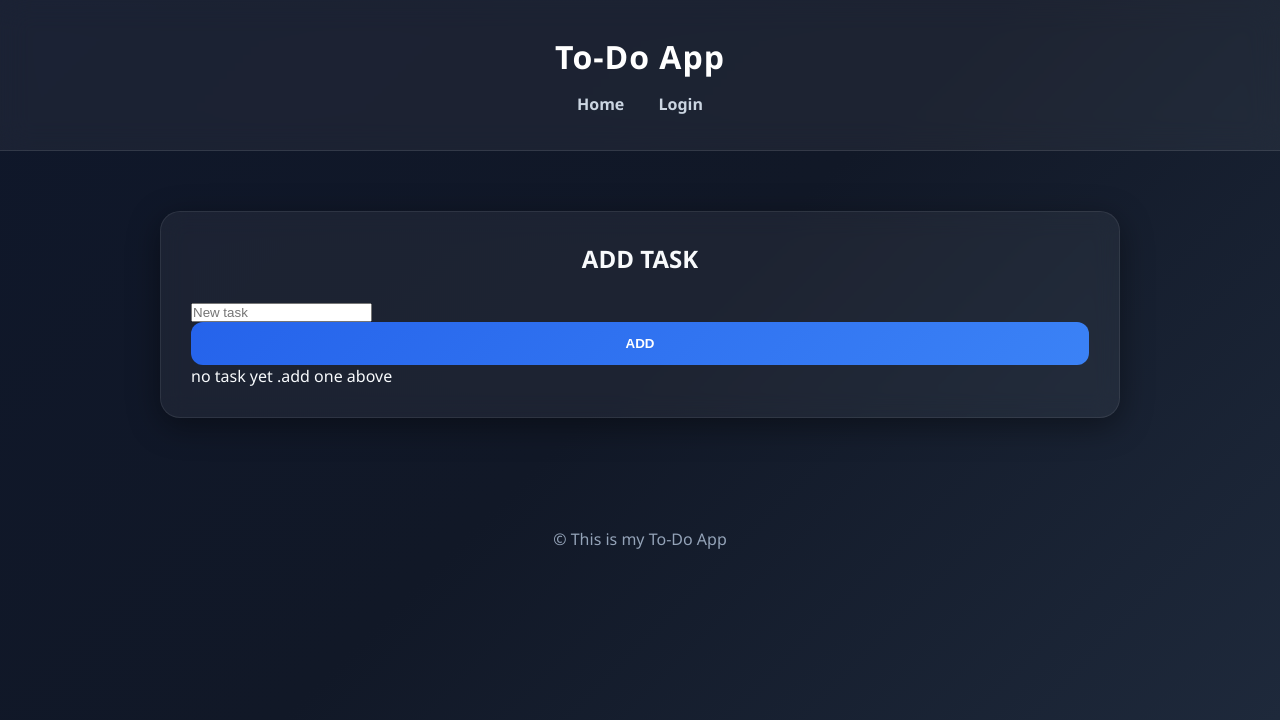
Repository: sristigupta04/todo-app_flask
Page: app/templates/task.html
These files come from the project's save history. The page is drawn as it stood at one moment and after the next save; the edit follows.
The browser window is 1280 px wide. The pictures show the whole page.
The page is served by the project's application, run on Flask 3 (app/__init__.py). Other server files are loaded and not shown. The template is opened directly, without the code that normally fills it, so the values that code supplies are empty.

Above is the page before, as saved 2026-05-31 20:06:04.

### app/templates/task.html
{% extends "base.html" %}

{% block title %}
 Tasks
{% endblock %}




{% block content %}
<div class="task-box">
    <h2> ADD TASK  </h2>
    <form action="{{url_for('tasks.add_task')}}" method="post" class="task_form">


       <input type="text" placeholder="New task"  name="title">
       <button type="submit" class="btn">ADD</button>

    </form>
     {% if tasks %}
     <form method="POST" action="{{url_for('tasks.clear_task')}}">
        <button type="submit" class="btn btn-clear">clear All </button>
      </form>
      <br>


      <table class="task_table">
        <thead>
            <tr>
                <th>TASk</th>
                <th>Status</th>
                <th>change</th>
            </tr>
        </thead>
        <tbody>
            {% for task in tasks %}
            <tr>
                <td>
                    {{loop.index}}
                </td>
                <td>
                    {{task.title}}
                </td>
                <td>
                    <span class="badge {{ task.status | lower }}">
    {{ task.status | lower }}
</span>
                </td>
                <td>
                    <form action="{{url_for('tasks.toggle',task_id= task.id)}}" method="POST">
                        <button class="btn-small" type="submit">next</button>
                    </form>

                </td>
                <td>
                    <form action="{{ url_for('tasks.delete_specific', task_id=task.id) }}" method="POST">
    <button type="submit">Delete</button>
</form>
                </td>
            </tr>
            {% endfor %}
        </tbody>
      </table>
      {% else %}
      <p> no task yet .add one above </p>
      {% endif %}
</div>
{% endblock %}

### app/templates/base.html
<!DOCTYPE html>
<html lang="en">
<head>
    <meta charset="UTF-8">
    <meta name="viewport" content="width=device-width, initial-scale=1.0">
    <title>{% block title %}Todo App{% endblock %}</title>

    <link rel="stylesheet"
          href="{{ url_for('static', filename='css/styles.css') }}">
</head>

<body>

<header>
    <div class="container">
        <h1>To-Do App</h1>

        <nav>
            <a href="{{ url_for('tasks.view_tasks') }}">Home</a>

            {% if 'user' in session %}
                <a href="{{ url_for('auth.logout') }}">Logout</a>
            {% else %}
                <a href="{{ url_for('auth.login') }}">Login</a>
            {% endif %}
        </nav>
    </div>
</header>

<main class="container">

    {% with messages = get_flashed_messages(with_categories=True) %}
        {% for category, message in messages %}
            <div class="flash {{ category }}">
                {{ message }}
            </div>
        {% endfor %}
    {% endwith %}

    {% block content %}
    {% endblock %}

</main>

<footer>
    <div class="container">
        <p>&copy; This is my To-Do App</p>
    </div>
</footer>

</body>
</html>

### app/__init__.py
from flask import Flask
from flask_sqlalchemy import SQLAlchemy
# create database object globally
from flask_login import LoginManager


db = SQLAlchemy()
Login_Manager = LoginManager()



def create_app():
    app = Flask(__name__)

    app.config['SECRET_KEY'] = 'your-secret-key'
    app.config['SQLALCHEMY_DATABASE_URI'] = 'sqlite:///todo.db'
    app.config['SQLALCHEMY_TRACK_MODIFICATIONS'] = False

    db.__init__(app)


    # existing config
    Login_Manager.init_app(app)
    Login_Manager.login_view = "auth.login"




    from app.routes.auth import auth_bp
    from app.routes.task import tasks_bp

    app.register_blueprint(auth_bp)
    app.register_blueprint(tasks_bp)

    return app


@Login_Manager.user_loader
def load_user(user_id):
    from app.models import User
    return User.query.get(int(user_id))

### app/static/css/styles.css
:root{
    --bg:#0f172a;
    --card:#1e293b;
    --card-hover:#334155;
    --primary:#3b82f6;
    --success:#22c55e;
    --danger:#ef4444;
    --warning:#f59e0b;
    --text:#f8fafc;
    --muted:#94a3b8;
}

*{
    margin:0;
    padding:0;
    box-sizing:border-box;
}

body{
    font-family:'Segoe UI',sans-serif;
    background:linear-gradient(
        135deg,
        #0f172a,
        #111827,
        #1e293b
    );
    color:var(--text);
    min-height:100vh;
}

.container{
    max-width:1000px;
    margin:auto;
    padding:20px;
}

/* Header */

header{
    background:rgba(255,255,255,0.05);
    backdrop-filter:blur(15px);
    border-bottom:1px solid rgba(255,255,255,0.1);
    position:sticky;
    top:0;
    z-index:100;
}

header h1{
    text-align:center;
    font-size:2rem;
    padding-top:15px;
    color:white;
    letter-spacing:1px;
}

nav{
    text-align:center;
    padding:15px 0;
}

nav a{
    color:#cbd5e1;
    text-decoration:none;
    margin:0 15px;
    font-weight:600;
    transition:.3s;
}

nav a:hover{
    color:#60a5fa;
}

/* Flash Messages */

.flash{
    padding:12px;
    margin:15px 0;
    border-radius:10px;
    font-weight:bold;
}

.flash.success{
    background:#14532d;
    color:#bbf7d0;
}

.flash.danger{
    background:#7f1d1d;
    color:#fecaca;
}

.flash.info{
    background:#1e3a8a;
    color:#bfdbfe;
}

/* Login & Register Box */

.login-box,
.task-box{
    background:rgba(255,255,255,0.05);
    backdrop-filter:blur(12px);
    border:1px solid rgba(255,255,255,0.08);
    border-radius:20px;
    padding:30px;
    margin-top:40px;
    box-shadow:0 8px 32px rgba(0,0,0,.4);
}

.login-box h2,
.task-box h2{
    text-align:center;
    margin-bottom:25px;
}

/* Forms */

.form-group{
    margin-bottom:20px;
}

.form-group label{
    display:block;
    margin-bottom:8px;
    font-weight:600;
}

.form-group input,
.task-form input{
    width:100%;
    padding:14px;
    background:#0f172a;
    color:white;
    border:1px solid #334155;
    border-radius:12px;
    outline:none;
}

.form-group input:focus,
.task-form input:focus{
    border-color:#3b82f6;
    box-shadow:0 0 10px rgba(59,130,246,.4);
}

/* Buttons */

.btn{
    width:100%;
    padding:14px;
    border:none;
    border-radius:12px;
    font-weight:bold;
    cursor:pointer;
    color:white;
    background:linear-gradient(
        135deg,
        #2563eb,
        #3b82f6
    );
    transition:.3s;
}

.btn:hover{
    transform:translateY(-2px);
    box-shadow:0 10px 20px rgba(59,130,246,.4);
}

.btn-clear{
    background:linear-gradient(
        135deg,
        #dc2626,
        #ef4444
    );
    margin-bottom:20px;
}

.btn-clear:hover{
    box-shadow:0 10px 20px rgba(239,68,68,.4);
}

/* Task Form */

.task-form{
    display:flex;
    gap:10px;
    margin-bottom:25px;
}

.task-form input{
    flex:1;
}

.task-form .btn{
    width:auto;
    padding:14px 25px;
}

/* Task Table */

.task-table{
    width:100%;
    border-collapse:collapse;
    overflow:hidden;
    border-radius:15px;
}

.task-table th{
    background:#1e293b;
    color:white;
}

.task-table td,
.task-table th{
    padding:15px;
    border-bottom:1px solid #334155;
}

.task-table tr:hover{
    background:#1e293b;
}

/* Status Badges */

.badge{
    padding:8px 14px;
    border-radius:999px;
    font-size:.85rem;
    font-weight:700;
}

.badge.pending{
    background:#f59e0b;
    color:black;
}

.badge.working{
    background:#06b6d4;
    color:white;
}

.badge.done{
    background:#22c55e;
    color:white;
}

/* Small Button */

.btn-small{
    border:none;
    padding:8px 14px;
    border-radius:8px;
    background:#475569;
    color:white;
    cursor:pointer;
    transition:.3s;
}

.btn-small:hover{
    background:#64748b;
}

/* Footer */

footer{
    margin-top:50px;
    text-align:center;
    padding:20px;
    color:#94a3b8;
}

/* Responsive */

@media(max-width:768px){

    .task-form{
        flex-direction:column;
    }

    nav a{
        display:block;
        margin:10px 0;
    }

    .task-table{
        font-size:14px;
    }
}

After the next save:
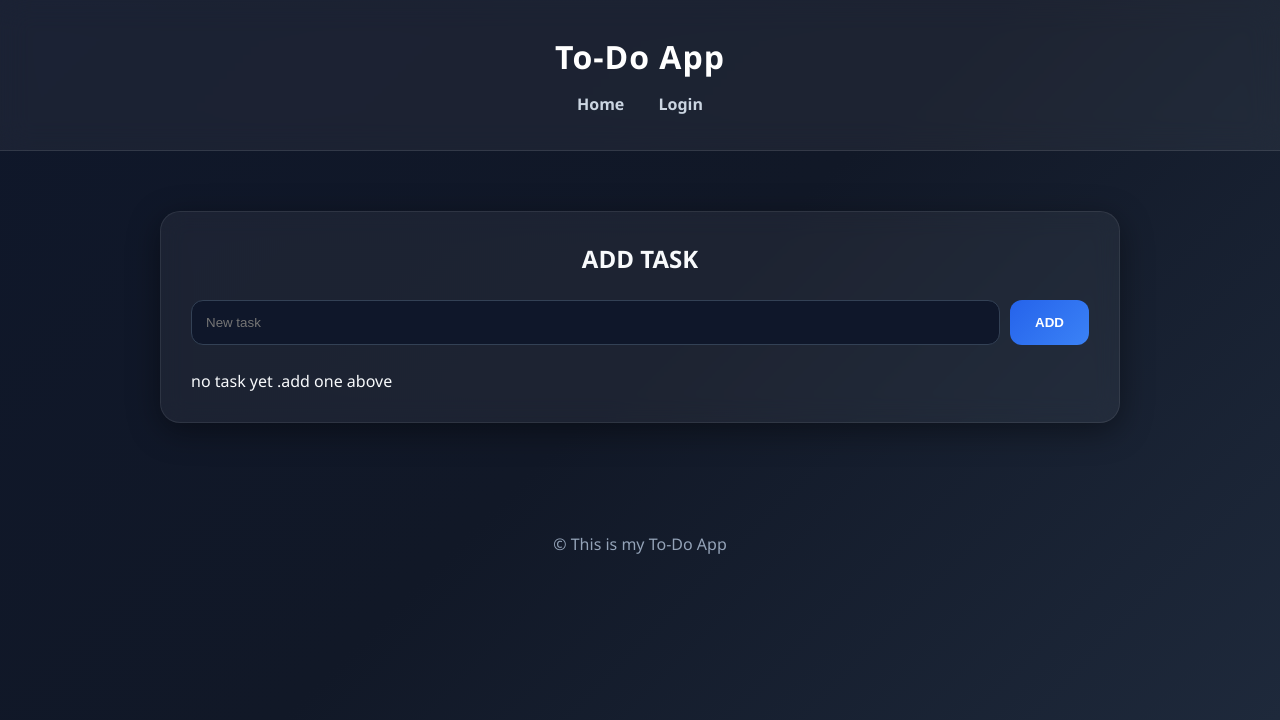
Saved 22 s later.
--- a/app/templates/task.html
+++ b/app/templates/task.html
@@ -10,13 +10,15 @@
 {% block content %}
 <div class="task-box">
     <h2> ADD TASK  </h2>
-    <form action="{{url_for('tasks.add_task')}}" method="post" class="task_form">
+    <form action="{{url_for('tasks.add_task')}}" method="post" class="task-form">
 
+    <input type="text" placeholder="New task" name="title" required>
 
-       <input type="text" placeholder="New task"  name="title">
-       <button type="submit" class="btn">ADD</button>
+    <button type="submit" class="btn">
+        ADD
+    </button>
 
-    </form>
+</form>
      {% if tasks %}
      <form method="POST" action="{{url_for('tasks.clear_task')}}">
         <button type="submit" class="btn btn-clear">clear All </button>
